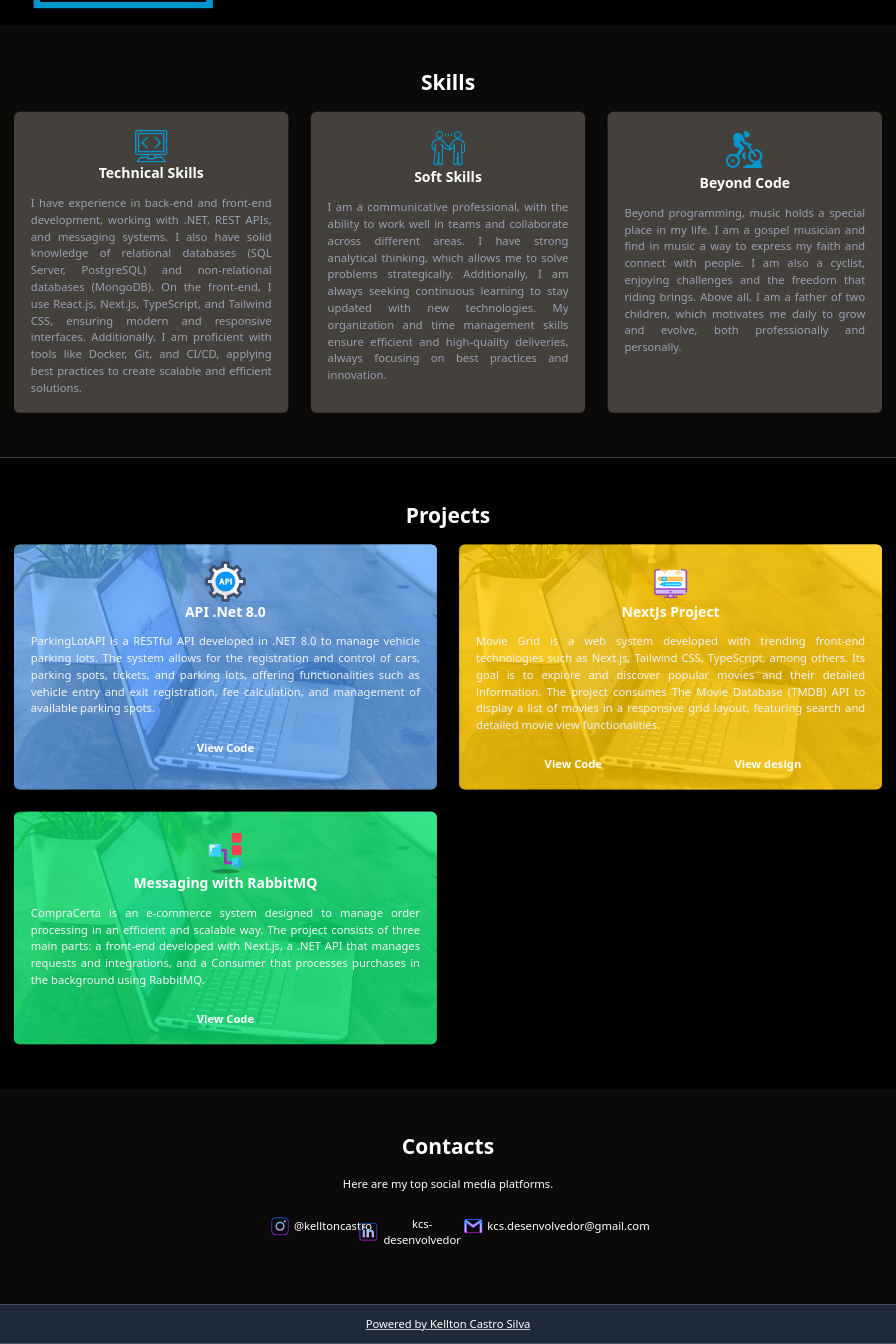
Repository: kcsdesenvolvedor/portfolio
Page: index.html
These files come from the project's save history. The page is drawn as it stood at one moment and after the next save; the edit follows.
The browser window is 1280 px wide. The pictures show the part of the page from y = 934 to 2854 px (the page is 2854 px tall), at 70% of full size.

Above is the page before, as saved 2025-03-26 20:42:41.
Console error: TypeError: Cannot read properties of null (reading 'textContent')

After the next save:
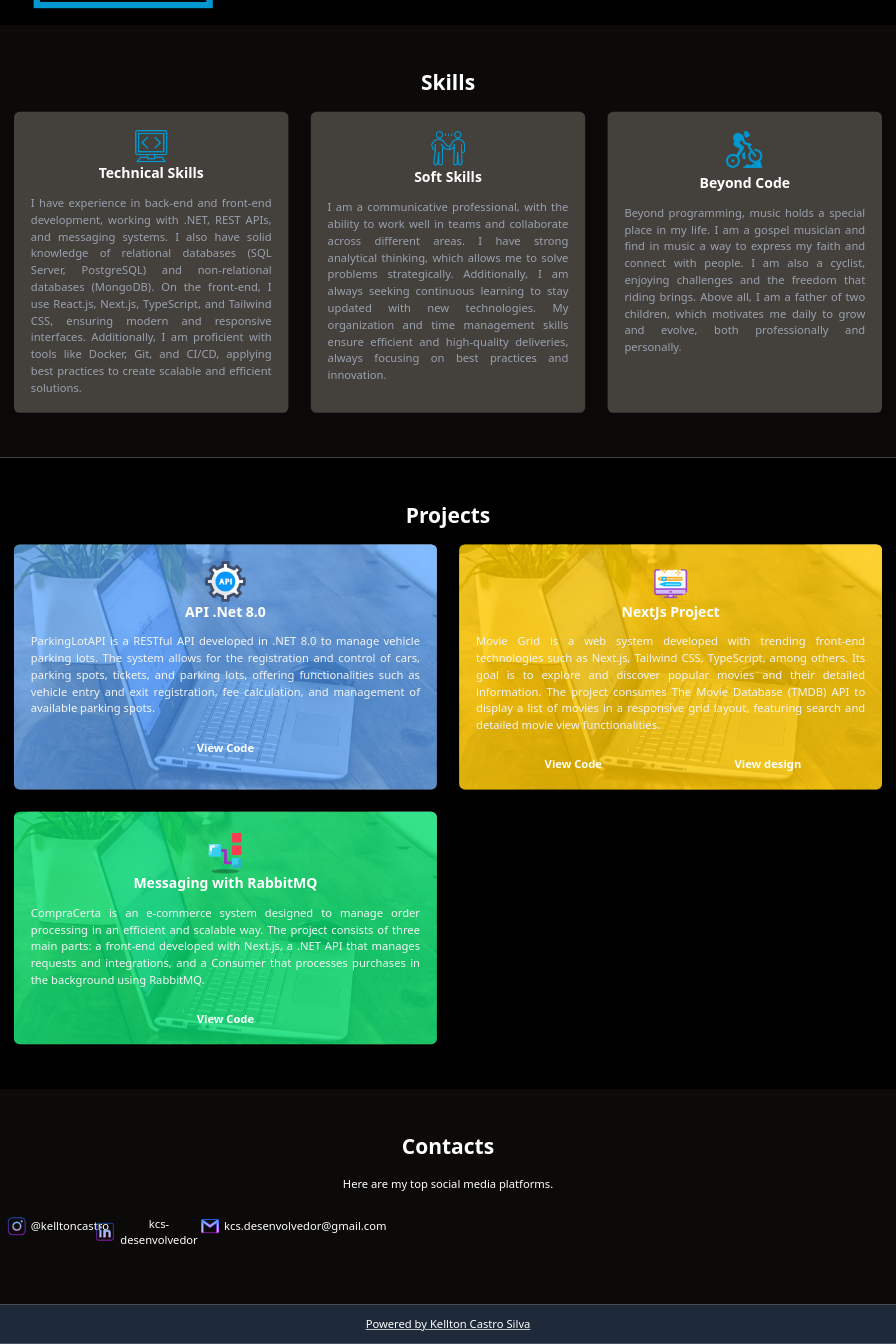
Saved 86 s later.
--- a/index.html
+++ b/index.html
@@ -238,7 +238,7 @@
         <div class="container mx-auto px-2">
             <h3 class="text-3xl font-bold mb-6" data-i18n="contacts"></h3>
             <p class="mb-8" data-i18n="mainSocialMediaInfo"></p>
-            <form class="max-w-lg mx-auto">
+            <form class="max-w-lg sm:mx-auto">
                 <div class="flex flex-col justify-center lg:flex-row mb-4 gap-24">
                     <a href="https://www.instagram.com/kelltoncastro/" target="_blank">
                         <div class="flex gap-1 items-center">

After the save that followed:
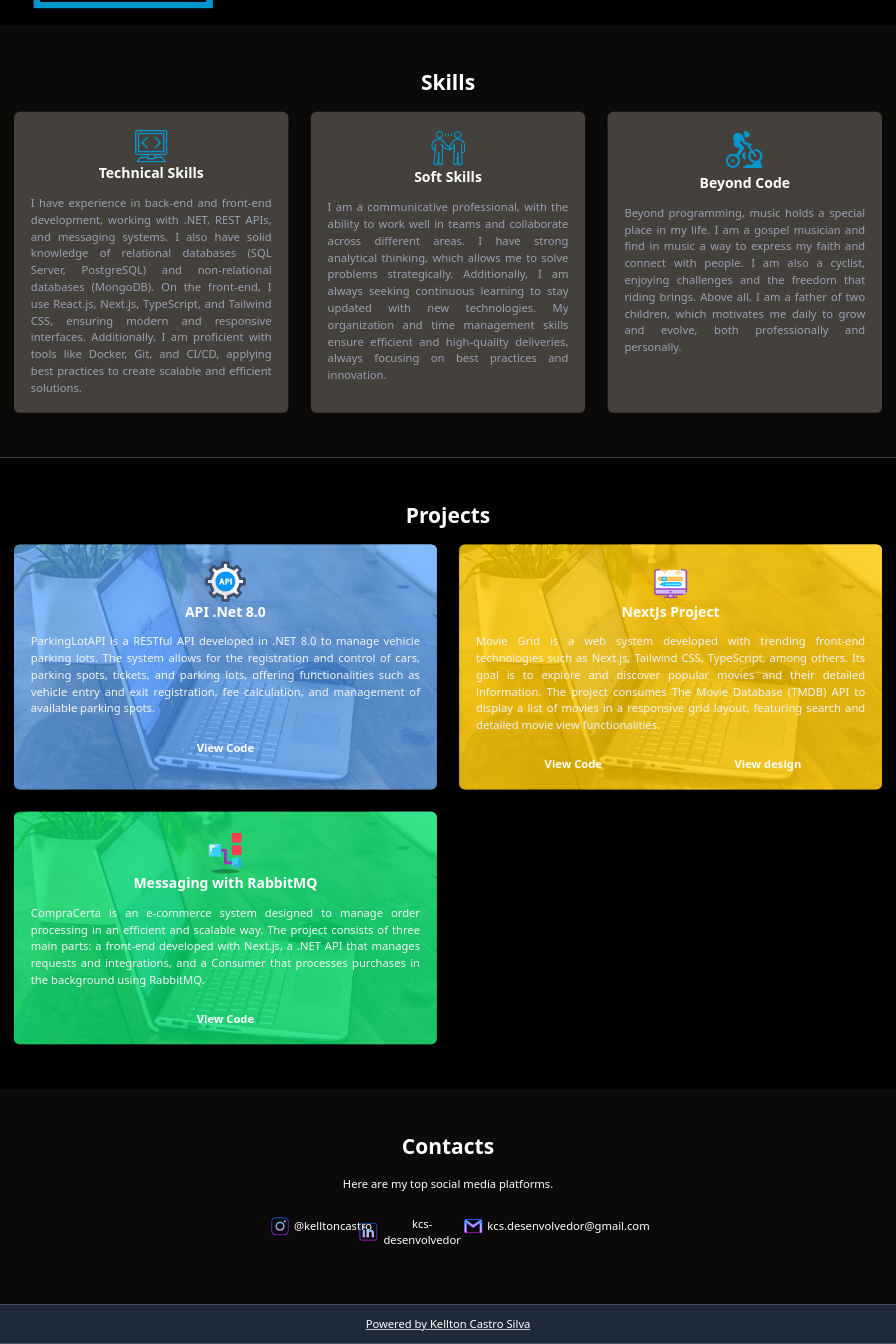
Saved 24 s later.
--- a/index.html
+++ b/index.html
@@ -238,7 +238,7 @@
         <div class="container mx-auto px-2">
             <h3 class="text-3xl font-bold mb-6" data-i18n="contacts"></h3>
             <p class="mb-8" data-i18n="mainSocialMediaInfo"></p>
-            <form class="max-w-lg sm:mx-auto">
+            <form class="max-w-lg mx-auto">
                 <div class="flex flex-col justify-center lg:flex-row mb-4 gap-24">
                     <a href="https://www.instagram.com/kelltoncastro/" target="_blank">
                         <div class="flex gap-1 items-center">
